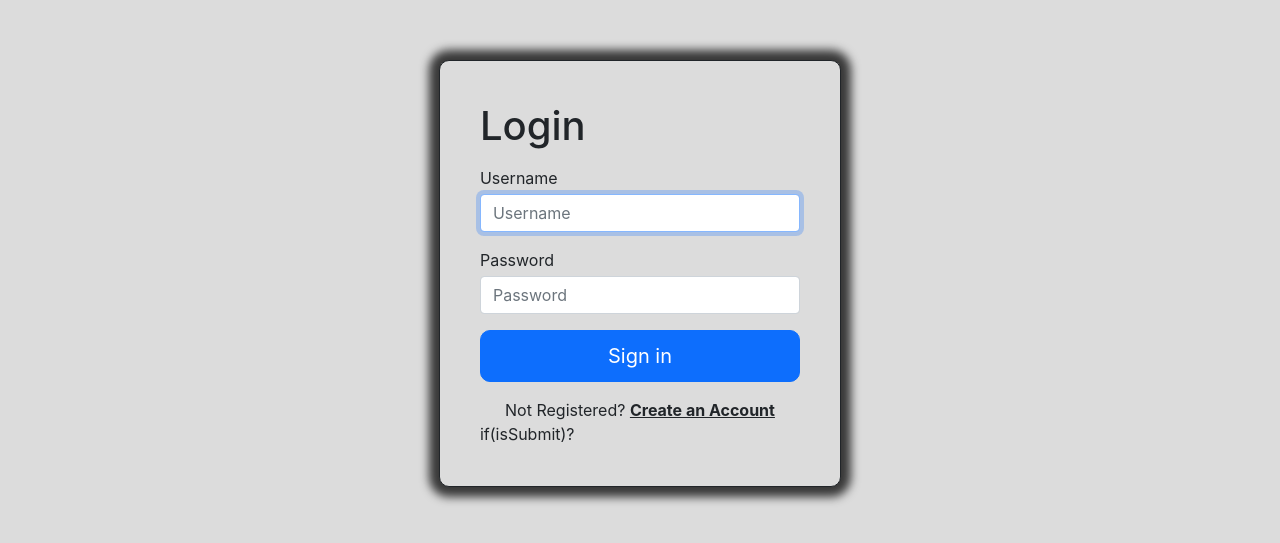
Repository: Rittaki/web-client
Page: /
These files come from the project's save history. The page is drawn as it stood at one moment and after a run of saves; the edit follows.
The browser window is 1280 px wide. The pictures show the whole page.
The project was rebuilt for these pictures with package versions that can differ from the ones it lists, and the page was loaded fresh each time. Also part of the build but not shown: src/App.css, src/components/Signup.js.

Above is the page before, as saved 2022-04-04 22:54:25.

### public/index.html
<!DOCTYPE html>
<html>
    <head>
        <!-- Required meta tags -->
        <meta charset="utf-8">
        <meta name="viewport" content="width=device-width, initial-scale=1">

        <!-- Bootstrap CSS -->
        <link href="https://cdn.jsdelivr.net/npm/bootstrap@5.1.3/dist/css/bootstrap.min.css"
        rel="stylesheet" integrity="sha384-1BmE4kWBq78iYhFldvKuhfTAU6auU8tT94WrHftjDbrCEXSU1oBoqyl2QvZ6jIW3"
        crossorigin="anonymous">

        <title>Login page</title>
    </head>
    <body>
        <div id="root"></div>
        <script src="https://cdn.jsdelivr.net/npm/bootstrap@5.1.3/dist/js/bootstrap.bundle.min.js"
            integrity="sha384-ka7Sk0Gln4gmtz2MlQnikT1wXgYsOg+OMhuP+IlRH9sENBO0LRn5q+8nbTov4+1p"
            crossorigin="anonymous"></script>
    </body>
</html>

### src/index.js
import React from 'react';
import ReactDOM from 'react-dom';
import './index.css';
import App from './App';

ReactDOM.render(
    <React.StrictMode>
        <App />
    </React.StrictMode>,
  document.getElementById('root')
);

### src/App.js
import './App.css';
import Login from './components/Login';
import Signup from './components/Signup';
import { BrowserRouter, Routes, Route } from 'react-router-dom';


function App() {
    return (
        <div>
            <BrowserRouter>
                <Routes>
                    <Route path='/Signup' element={<Signup/>}></Route>
                    <Route path='/' element={<Login/>}></Route>
                </Routes>
            </BrowserRouter>
        </div>
    );
}

export default App;

### src/components/Login.js
import './Login.css';
import { useState, useEffect } from 'react';
import Users from './Users';

function Login() {
const [userName , setUserName] =useState("")
const [password , setPassword] =useState("")
const[isSubmit, setIsSubmit] = useState(false);


    const sunbmitFun = (e) => {
        e.preventDefault();
        setIsSubmit(true);
    }

    return (
        <div className="container-fluid">
            <div className="row">
                <div className="col-md-4 col-sm-4 col-xs-12"></div>
                <div className="col-md-4 col-sm-4 col-xs-12">
                    <div className="mt-20">
                        <form className="form-container" onSubmit={sunbmitFun}>
                            <h1>Login</h1>
                            <div className="form-group mt-3">
                                <label htmlFor="user" className="sr-only">Username</label>
                                <input type="text" id="user" className="form-control mt-1 mb-3" placeholder="Username" required autoFocus onChange={(e)=>setUserName(e.target.value)}/>
                            </div>
                            <label htmlFor="password" className="sr-only">Password</label>
                            <input type="password" id="password" className="form-control mt-1" placeholder="Password" required onChange={(e)=>setPassword(e.target.value)} />
                            <div className="mt-3">
                                <button className="btn btn-lg btn-primary btn-block"  >Sign in</button>
                            </div>
                            <div className="mt-3 text-center">
                                Not Registered? <a href="/Signup" className="text-dark fw-bold" > Create an Account</a>
                            </div>
                            if(isSubmit)?<Users checkName={userName} checkPassword={password}/>
                        </form>
                    </div>
                </div>
            </div>
        </div>
    );
}

export default Login

### src/components/Login.css
* { background-color: gainsboro; }
.btn-lg {
    padding: 10px 20px;
    font-size: 20px;
    border-radius: 10px;
    width: 100%;
}
.mt-20 {
    margin-top: 20% !important;
}
.form-container {
    border: 1px solid;
    padding: 10%;
    border-radius: 10px;
    -webkit-box-shadow: 0px 0px 10px 10px rgba(0,0,0,0.75);
    -moz-box-shadow: 0px 0px 10px 10px rgba(0,0,0,0.75);
    box-shadow: 0px 0px 10px 10px rgba(0,0,0,0.75);
}

### src/components/Users.jsx
import React from 'react'

export default function Users(props) {
    console.log(props.checkName)
    const userList = [
        {userName : "daniel" , nickName: " Danieli" , picture : " " , password: " 123"},
        {userName : "eden" , nickName: "lala" , picture : " " , password: " "},

    ]
  return (
    <div>
    </div>
  )
}

### src/components/Signup.css
* { background-color: gainsboro; }
.btn-lg {
    padding: 10px 20px;
    font-size: 20px;
    border-radius: 10px;
    width: 100%;
}
.mt-20 {
    margin-top: 15% !important;
}
.form-container {
    border: 1px solid;
    padding: 10%;
    border-radius: 10px;
    -webkit-box-shadow: 0px 0px 10px 10px rgba(0,0,0,0.75);
    -moz-box-shadow: 0px 0px 10px 10px rgba(0,0,0,0.75);
    box-shadow: 0px 0px 10px 10px rgba(0,0,0,0.75);
}

Loaded but not shown: src/index.css (common file)

After the next 2 saves:
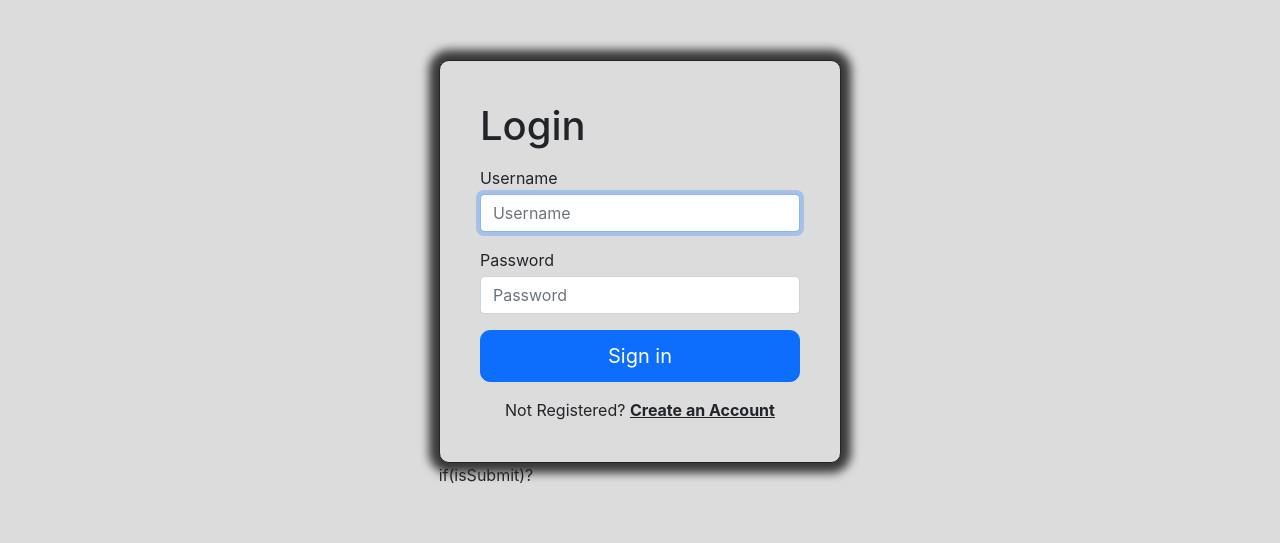
The 2 saves are shown as one change because they came seconds apart.
The last was saved 12 s later.
--- a/src/components/Login.js
+++ b/src/components/Login.js
@@ -33,8 +33,8 @@ const[isSubmit, setIsSubmit] = useState(false);
                             <div className="mt-3 text-center">
                                 Not Registered? <a href="/Signup" className="text-dark fw-bold" > Create an Account</a>
                             </div>
-                            if(isSubmit)?<Users checkName={userName} checkPassword={password}/>
                         </form>
+                        if(isSubmit)?<Users checkName={userName} checkPassword={password}/>
                     </div>
                 </div>
             </div>
